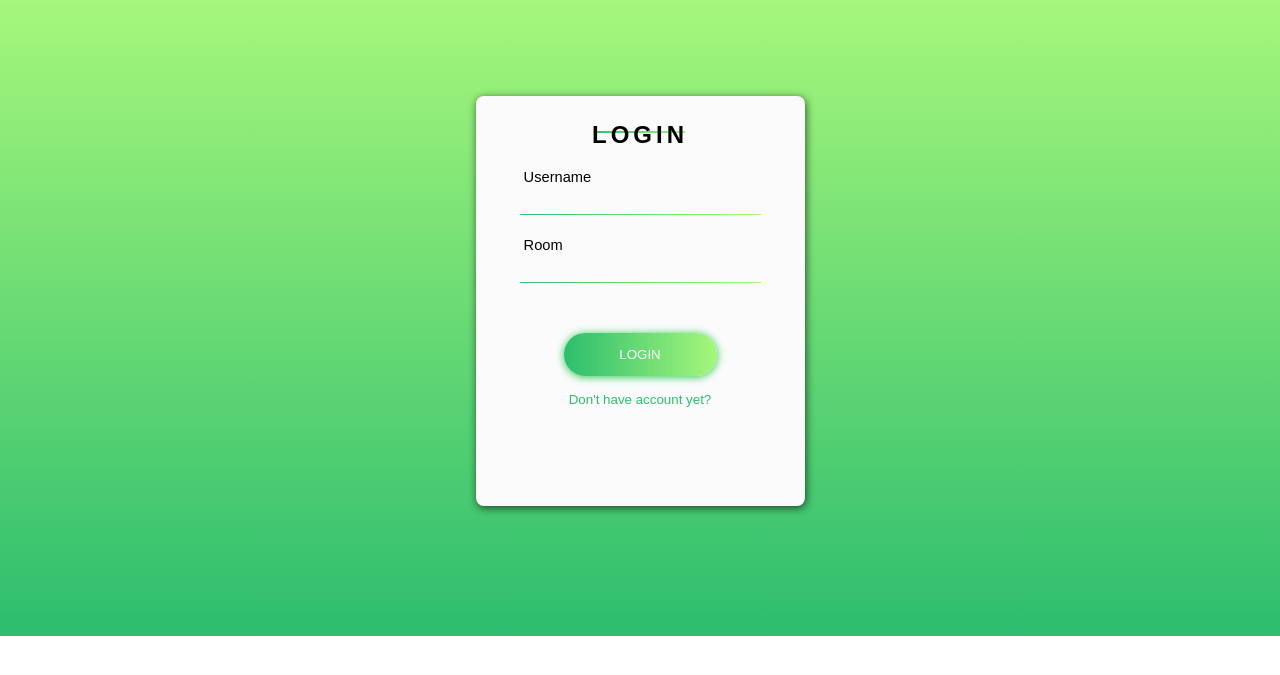
Repository: satyam12116/chat
Page: public/index.html
These files come from the project's save history. The page is drawn as it stood at one moment and after the next save; the edit follows.
The browser window is 1280 px wide. The pictures show the whole page.
Some web libraries are served in a nearby version.

Above is the page before, as saved 2023-03-26 10:51:06.

### public/index.html
<!DOCTYPE html>
<html lang="en">
	<head>
		<meta charset="UTF-8" />
		<meta name="viewport" content="width=device-width, initial-scale=1.0" />
		<meta http-equiv="X-UA-Compatible" content="ie=edge" />
		<link
			rel="stylesheet"
			href="https://cdnjs.cloudflare.com/ajax/libs/font-awesome/5.12.1/css/all.min.css"
			integrity="sha256-mmgLkCYLUQbXn0B1SRqzHar6dCnv9oZFPEC1g1cwlkk="
			crossorigin="anonymous"
		/>
		<link rel="stylesheet" href="css/style.css" />
		<title>ChatCord App</title>
	</head>
	<body>
		<!-- <div class="join-container">
			<header class="join-header">
				<h1><i class="fas fa-smile"></i> ChatCord</h1>
			</header>
			<main class="join-main">
				<form action="chat.html">
					<div class="form-control">
						<label for="username">Username</label>
						<input
							type="text"
							name="username"
							id="username"
							placeholder="Enter username..."
							required
						/>
					</div>
					<div class="form-control">
						<label for="room">Room</label>
						<select name="room" id="room">
							<option value="JavaScript">JavaScript</option>
							<option value="Python">Python</option>
							<option value="PHP">PHP</option>
							<option value="C#">C#</option>
							<option value="Ruby">Ruby</option>
							<option value="Java">Java</option>
						</select>
					</div>
					<button type="submit"class="glow-on-hover">Join Chat</button>
				</form>
			</main>
		</div> -->
		<div id="card">
			<div id="card-content">
			  <div id="card-title">
				<h2>LOGIN</h2>
				<div class="underline-title"></div>
			  </div>
			  <form method="post" class="form">
				<label for="user-email" style="padding-top:13px">
					&nbsp;Username
				  </label>
				<input id="user-email" class="form-content" type="email" name="email" autocomplete="on" required />
				<div class="form-border"></div>
				<label for="user-password" style="padding-top:22px">&nbsp;Room
				  </label>
				<input id="user-password" class="form-content" type="password" name="password" required />
				<div class="form-border"></div>
				<!-- <a href="#">
				  <legend id="forgot-pass">Forgot password?</legend>
				</a> -->
				<input id="submit-btn" type="submit" name="submit" value="LOGIN" />
				<a href="#" id="signup">Don't have account yet?</a>
			  </form>
			</div>
		  </div>
	</body>
</html>

### public/css/style.css
@import url('https://fonts.googleapis.com/css?family=Roboto&display=swap');

:root {
	--dark-color-a: #667aff;
	--dark-color-b: #7386ff;
	--light-color: #e6e9ff;
	--success-color: #5cb85c;
	--error-color: #d9534f;
}

* {
	box-sizing: border-box;
	margin: 0;
	padding: 0;
}

body {
	font-family: 'Roboto', sans-serif;
	font-size: 16px;
	background: var(--light-color);
	margin: 20px;
}

ul {
	list-style: none;
}

a {
	text-decoration: none;
}

.btn {
	cursor: pointer;
	padding: 5px 15px;
	background: var(--light-color);
	color: var(--dark-color-a);
	border: 0;
	font-size: 17px;
}

/* Chat Page */

.chat-container {
	max-width: 1100px;
	background: #fff;
	margin: 30px auto;
	overflow: hidden;
}

.chat-header {
	background: var(--dark-color-a);
	color: #fff;
	border-top-left-radius: 5px;
	border-top-right-radius: 5px;
	padding: 15px;
	display: flex;
	align-items: center;
	justify-content: space-between;
}

.chat-main {
	display: grid;
	grid-template-columns: 1fr 3fr;
}

.chat-sidebar {
	background: var(--dark-color-b);
	color: #fff;
	padding: 20px 20px 60px;
	overflow-y: scroll;
}

.chat-sidebar h2 {
	font-size: 20px;
	background: rgba(0, 0, 0, 0.1);
	padding: 10px;
	margin-bottom: 20px;
}

.chat-sidebar h3 {
	margin-bottom: 15px;
}

.chat-sidebar ul li {
	padding: 10px 0;
}

.chat-messages {
	padding: 30px;
	max-height: 500px;
	overflow-y: scroll;
}

.chat-messages .message {
	padding: 10px;
	margin-bottom: 15px;
	background-color: var(--light-color);
	border-radius: 5px;
	overflow-wrap: break-word;
}

.chat-messages .message .meta {
	font-size: 15px;
	font-weight: bold;
	color: var(--dark-color-b);
	opacity: 0.7;
	margin-bottom: 7px;
}

.chat-messages .message .meta span {
	color: #777;
}

.chat-form-container {
	padding: 20px 30px;
	background-color: var(--dark-color-a);
}

.chat-form-container form {
	display: flex;
}

.chat-form-container input[type='text'] {
	font-size: 16px;
	padding: 5px;
	height: 40px;
	flex: 1;
}

/* Join Page */
.join-container {
	max-width: 500px;
	margin: 80px auto;
	color: #fff;
}

.join-header {
	text-align: center;
	padding: 20px;
	background: var(--dark-color-a);
	border-top-left-radius: 5px;
	border-top-right-radius: 5px;
}

.join-main {
	padding: 30px 40px;
	background: var(--dark-color-b);
}

.join-main p {
	margin-bottom: 20px;
}

.join-main .form-control {
	margin-bottom: 20px;
}

.join-main label {
	display: block;
	margin-bottom: 5px;
}

.join-main input[type='text'] {
	font-size: 16px;
	padding: 5px;
	height: 40px;
	width: 100%;
}

.join-main select {
	font-size: 16px;
	padding: 5px;
	height: 40px;
	width: 100%;
}

.join-main .btn {
	margin-top: 20px;
	width: 100%;
}

@media (max-width: 700px) {
	.chat-main {
		display: block;
	}

	.chat-sidebar {
		display: none;
	}
}

.glow-on-hover {
	margin-left:150px;
	font-family: cursive;
	font-weight: bold;
    width: 120px;
    height: 50px;
    border: none;
    outline: none;
    color: black;
    background:rgb(211, 84, 84);
    cursor: pointer;
    position: relative;
    z-index: 0;
    border-radius: 10px;
}

.glow-on-hover:before {
    content: '';
    background: linear-gradient(45deg, #ff0000, #ff7300, #fffb00, #48ff00, #00ffd5, #002bff, #7a00ff, #ff00c8, #ff0000);
    position: absolute;
    top: -2px;
    left:-2px;
    background-size: 400%;
    z-index: -1;
    filter: blur(5px);
    width: calc(100% + 4px);
    height: calc(100% + 4px);
    animation: glowing 20s linear infinite;
    opacity: 0;
    transition: opacity .3s ease-in-out;
    border-radius: 10px;
}

.glow-on-hover:active {
    color:whitesmoke;
}

.glow-on-hover:active:after {
    background: transparent;
}

.glow-on-hover:hover:before {
    opacity: 1;
}

.glow-on-hover:after {
    z-index: -1;
    content: '';
    position: absolute;
    width: 100%;
    height: 100%;
    background: whitesmoke;
    left: 0;
    top: 0;
    border-radius: 10px;
}

@keyframes glowing {
    0% { background-position: 0 0; }
    50% { background-position: 400% 0; }
    100% { background-position: 0 0; }
}
a {
	text-decoration: none;
  }
  body {
	background: -webkit-linear-gradient(bottom, #2dbd6e, #a6f77b);
	background-repeat: no-repeat;
  }
  label {
	font-family: "Raleway", sans-serif;
	font-size: 11pt;
  }
  #forgot-pass {
	color: #2dbd6e;
	font-family: "Raleway", sans-serif;
	font-size: 10pt;
	margin-top: 3px;
	text-align: right;
  }
  #card {
	background: #fbfbfb;
	border-radius: 8px;
	box-shadow: 1px 2px 8px rgba(0, 0, 0, 0.65);
	height: 410px;
	margin: 6rem auto 8.1rem auto;
	width: 329px;
  }
  #card-content {
	padding: 12px 44px;
  }
  #card-title {
	font-family: "Raleway Thin", sans-serif;
	letter-spacing: 4px;
	padding-bottom: 23px;
	padding-top: 13px;
	text-align: center;
  }
  #signup {
	color: #2dbd6e;
	font-family: "Raleway", sans-serif;
	font-size: 10pt;
	margin-top: 16px;
	text-align: center;
  }
  #submit-btn {
	background: -webkit-linear-gradient(right, #a6f77b, #2dbd6e);
	border: none;
	border-radius: 21px;
	box-shadow: 0px 1px 8px #24c64f;
	cursor: pointer;
	color: white;
	font-family: "Raleway SemiBold", sans-serif;
	height: 42.3px;
	margin: 0 auto;
	margin-top: 50px;
	transition: 0.25s;
	width: 153px;
  }
  #submit-btn:hover {
	box-shadow: 0px 1px 18px #24c64f;
  }
  .form {
	align-items: left;
	display: flex;
	flex-direction: column;
  }
  .form-border {
	background: -webkit-linear-gradient(right, #a6f77b, #2ec06f);
	height: 1px;
	width: 100%;
  }
  .form-content {
	background: #fbfbfb;
	border: none;
	outline: none;
	padding-top: 14px;
  }
  .underline-title {
	background: -webkit-linear-gradient(right, #a6f77b, #2ec06f);
	height: 2px;
	margin: -1.1rem auto 0 auto;
	width: 89px;
  }

After the next save:
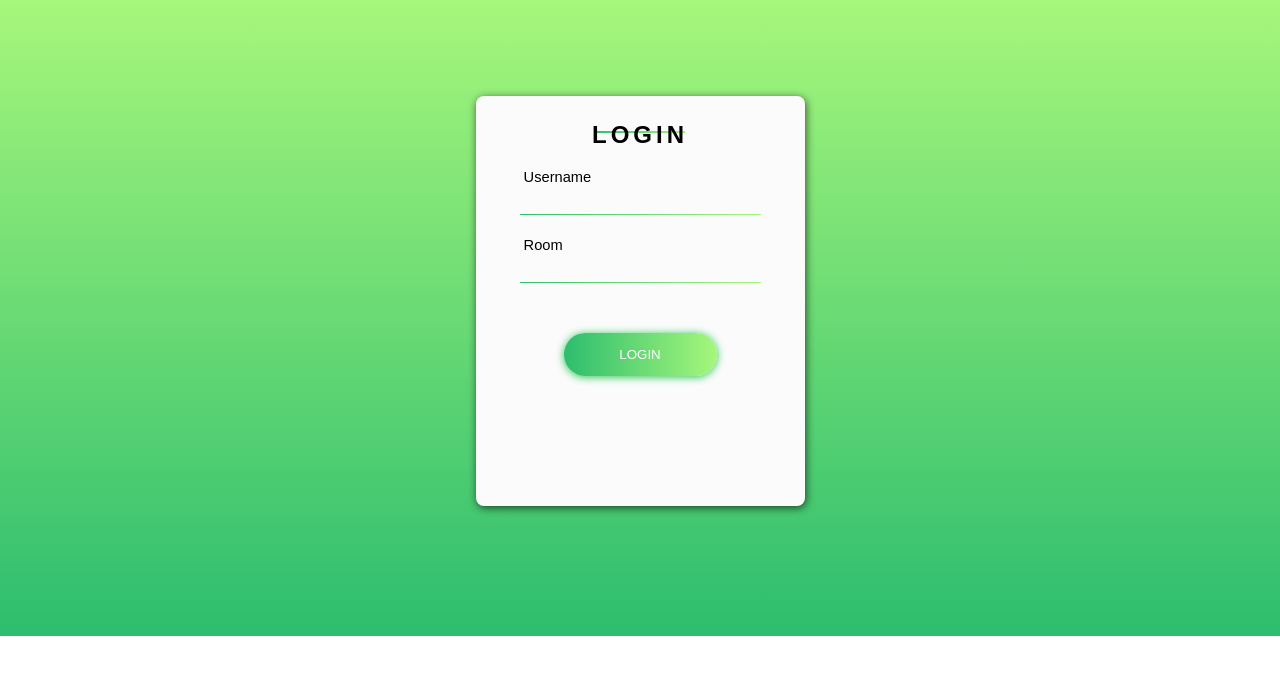
Saved 8 s later.
--- a/public/index.html
+++ b/public/index.html
@@ -65,7 +65,7 @@
 				  <legend id="forgot-pass">Forgot password?</legend>
 				</a> -->
 				<input id="submit-btn" type="submit" name="submit" value="LOGIN" />
-				<a href="#" id="signup">Don't have account yet?</a>
+				<!-- <a href="#" id="signup">Don't have account yet?</a> -->
 			  </form>
 			</div>
 		  </div>
